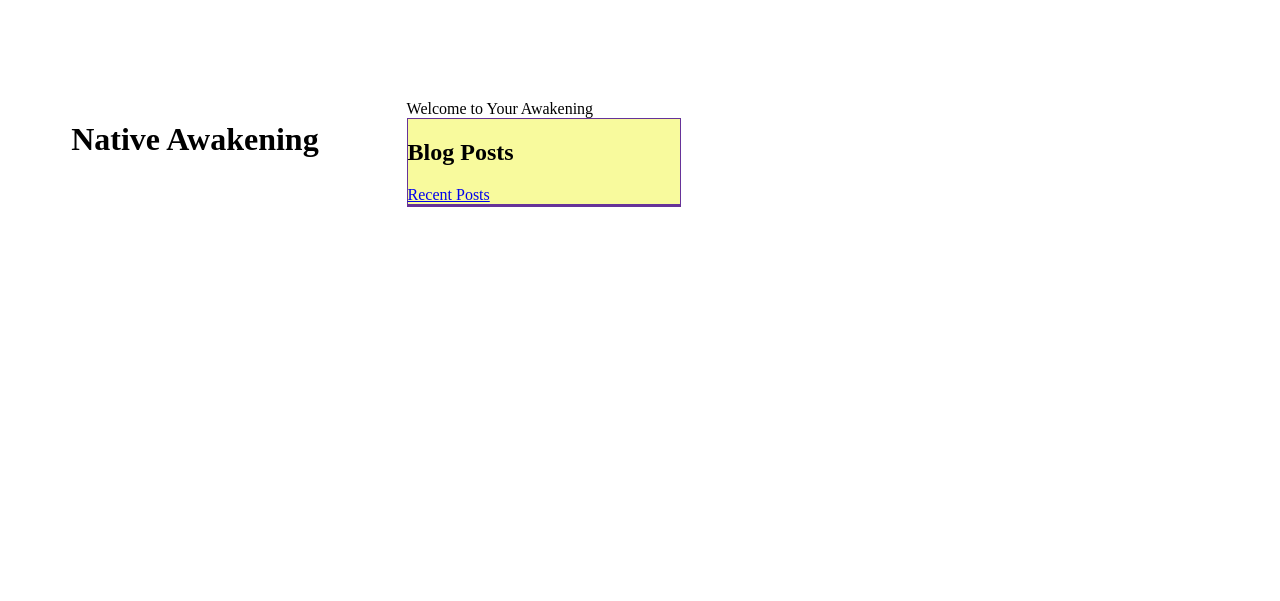
Repository: Gregg-Hendrix/blog-project
Page: index.html
The author's editor kept a copy of each file at every save. The page is drawn from the files as they stood at one save, then again after a run of saves.
The browser window is 1280 px wide. The pictures show the whole page.

Above is the page before, as saved 2021-03-15 13:43:18.

### index.html
<!DOCTYPE html>
<html lang="en">
    <head>
        <meta charset="utf-8">
        <title>Native Awakenings</title>
        <meta content="width=device-width, initial-scale=1, maximum-scale=1" name="viewport"/>
        <link rel="stylesheet" href="stylesheet.css">

         </head>
    <body>
        <! -- This aligns the items to the top of the screen -->
        <div class="container">
            <header>
                <h1>Native Awakening</h1>
                </header>
            <nav>
            <article>Welcome to Your Awakening</article>
            <div class="sidebar box"><h1>Blog Posts</h1><a href="meditation.html">Recent Posts</a> </div>
            <div class="content box">
            </div>
            <footer>
        </div>
    </body>
</html>

### stylesheet.css
.header{
    display: flex;
        flex-direction: row;
        justify-content: center;
        border: indigo;
}
.intro{
    display: flex;
        flex-direction: row;
        justify-content: center;
        border: indigo;
}
.container{
    display: grid;
    width: 90%;
    margin: auto;
    margin-top: 100px;
    grid-template-columns: 40px repeat(7 1fr);
    grid-template-rows: 60px 400px 1fr;
    grid-template-areas:
    "hd hd hd hd hd hd hd hd"
    "sd main main main main main main main"
    "ft ft ft ft ft ft ft ft";
}

    .box {
        border: 1px solid rebeccapurple;
        background: #F8FA9D;
    }

    .header{
        grid-area: hd;
    }

    .sidebar{
        grid-area: sd;
    }

    .content{
        grid-area: main;
    }

    .footer{
        grid-area: ft;
    }

After the next 2 saves:
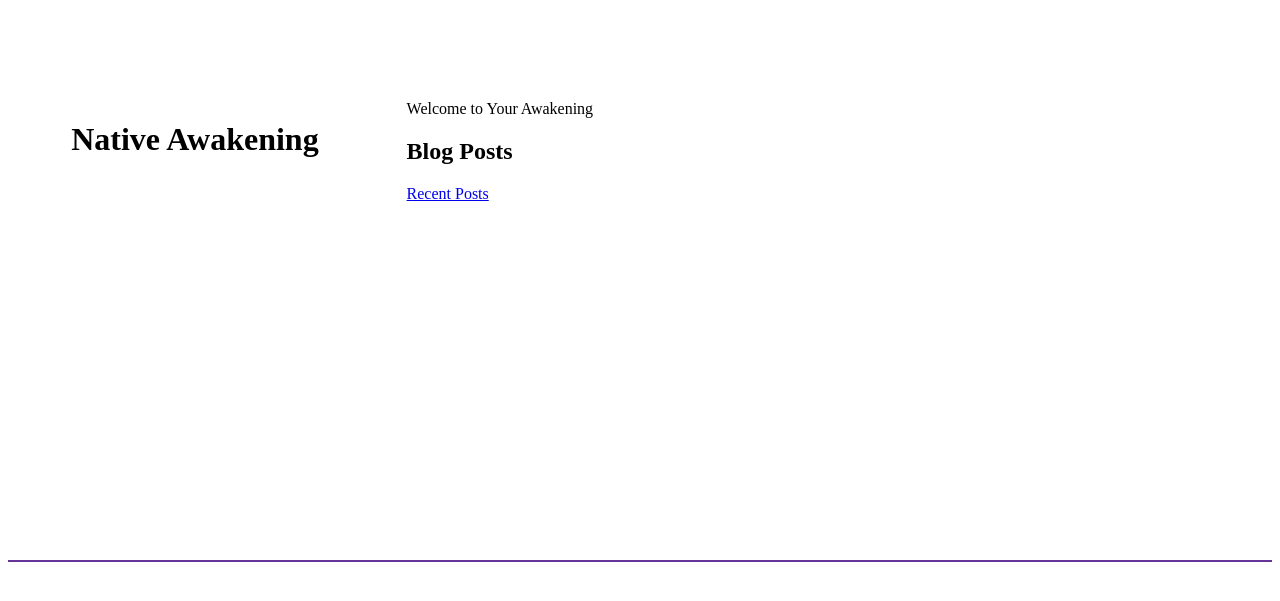
The 2 saves are shown as one change because they came seconds apart.
The last was saved 17 s later.
--- a/index.html
+++ b/index.html
@@ -15,7 +15,7 @@
                 </header>
             <nav>
             <article>Welcome to Your Awakening</article>
-            <div class="sidebar box"><h1>Blog Posts</h1><a href="meditation.html">Recent Posts</a> </div>
+            <sidebar><h1>Blog Posts</h1><a href="meditation.html">Recent Posts</a> </div>
             <div class="content box">
             </div>
             <footer>
